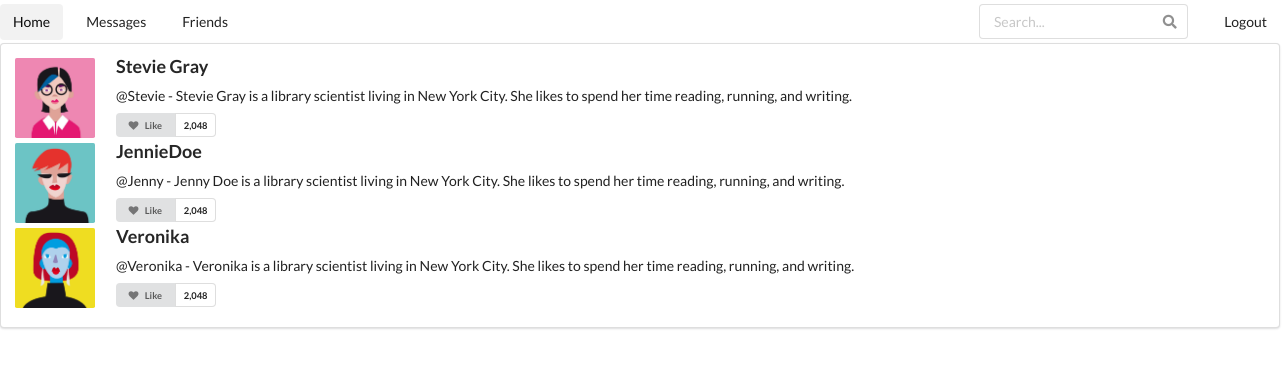
Repository: mystrader/angular4_appestudo
Page: / (app in twitter-app-devdec101/)
These files come from the project's save history. The page is drawn as it stood at one moment and after the next save; the edit follows.
The browser window is 1280 px wide. The page is 1285 px wide, so the pictures cover 1285 px, including what lies to the right of the window. The pictures show the whole page.
Some web libraries are served in a nearby version. The project was rebuilt for these pictures with package versions that can differ from the ones it lists, and the page was loaded fresh each time. Also part of the build but not shown: twitter-app-devdec101/angular.json.

Above is the page before, as saved 2018-06-18 01:44:30.

After the next save:
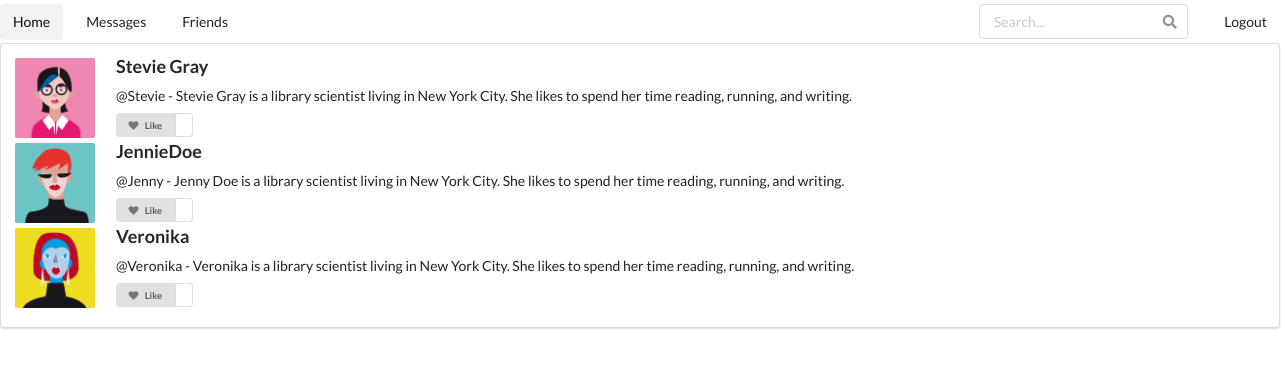
Saved 52 s later.
--- a/twitter-app-devdec101/src/app/tweet/tweet.component.html
+++ b/twitter-app-devdec101/src/app/tweet/tweet.component.html
@@ -14,7 +14,7 @@
             <i class="heart icon"></i> Like
           </div>
           <a class="ui basic label">
-            2,048
+           {{tweet.likes.lenght}}
           </a>
         </div>
 
